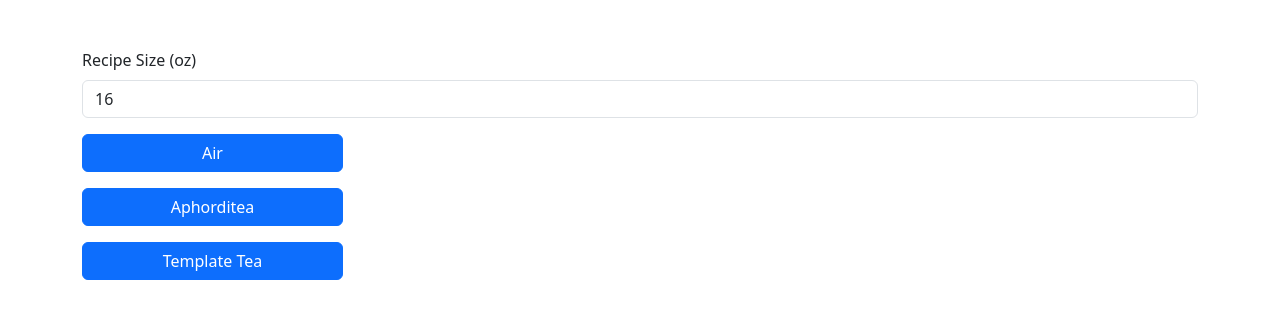
Repository: ChaidGPT/CKBatchHelper
Page: index.html
These files come from the project's save history. The page is drawn as it stood at one moment and after the next save; the edit follows.
The browser window is 1280 px wide. The pictures show the whole page.

Above is the page before, as saved 2023-06-27 12:35:23.

After the next save:
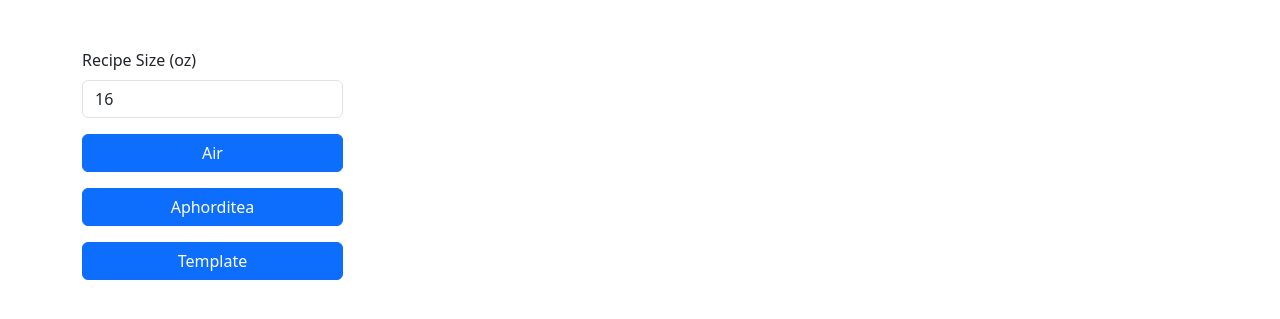
Saved 2 min 20 s later.
--- a/index.html
+++ b/index.html
@@ -16,15 +16,19 @@
     <section id="section1" class="py-5">
       <div class="container">
         <div class="row">
-          <div class="col-lg-12">
-            <label for="recipeSize" class="form-label">Recipe Size (oz)</label>
-            <input type="number" class="form-control" id="recipeSize" value="16">
+          <div class="col-lg-3">
+            <!-- Recipe Size -->
+            <div class="mb-3">
+              <label for="recipeSize" class="form-label">Recipe Size (oz)</label>
+              <input type="number" class="form-control" id="recipeSize" value="16">
+            </div>
           </div>
         </div>
+
         <div class="row">
           <div class="col-lg-3">
-            <!-- Air Tea Button -->
-            <button class="btn btn-primary mt-3 w-100" type="button" data-bs-toggle="collapse"
+            <!-- Air Button -->
+            <button class="btn btn-primary w-100" type="button" data-bs-toggle="collapse"
               data-bs-target="#airCollapse" aria-expanded="false" aria-controls="airCollapse">
               Air
             </button>
@@ -68,9 +72,10 @@
             </div>
           </div>
         </div>
+
         <div class="row">
           <div class="col-lg-3">
-            <!-- Aphorditea Tea Button -->
+            <!-- Aphorditea Button -->
             <button class="btn btn-primary mt-3 w-100" type="button" data-bs-toggle="collapse"
               data-bs-target="#aphorditeaCollapse" aria-expanded="false" aria-controls="aphorditeaCollapse">
               Aphorditea
@@ -115,37 +120,17 @@
             </div>
           </div>
         </div>
+
         <div class="row">
           <div class="col-lg-3">
             <!-- Template Button -->
             <button class="btn btn-primary mt-3 w-100" type="button" data-bs-toggle="collapse"
               data-bs-target="#templateCollapse" aria-expanded="false" aria-controls="templateCollapse">
-              Template Tea
+              Template
             </button>
             <div class="collapse mt-3" id="templateCollapse">
               <div class="card card-body">
-                <table class="table">
-                  <thead>
-                    <tr>
-                      <th>Ingredient</th>
-                      <th>Quantity (oz)</th>
-                    </tr>
-                  </thead>
-                  <tbody>
-                    <tr>
-                      <td>Ingredient 1</td>
-                      <td class="ingredientQty" data-ingredient="ingredient1" data-base-quantity="1">1</td>
-                    </tr>
-                    <tr>
-                      <td>Ingredient 2</td>
-                      <td class="ingredientQty" data-ingredient="ingredient2" data-base-quantity="2">2</td>
-                    </tr>
-                    <tr>
-                      <td>Ingredient 3</td>
-                      <td class="ingredientQty" data-ingredient="ingredient3" data-base-quantity="3">3</td>
-                    </tr>
-                  </tbody>
-                </table>
+                <!-- Template Card Content -->
               </div>
             </div>
           </div>
